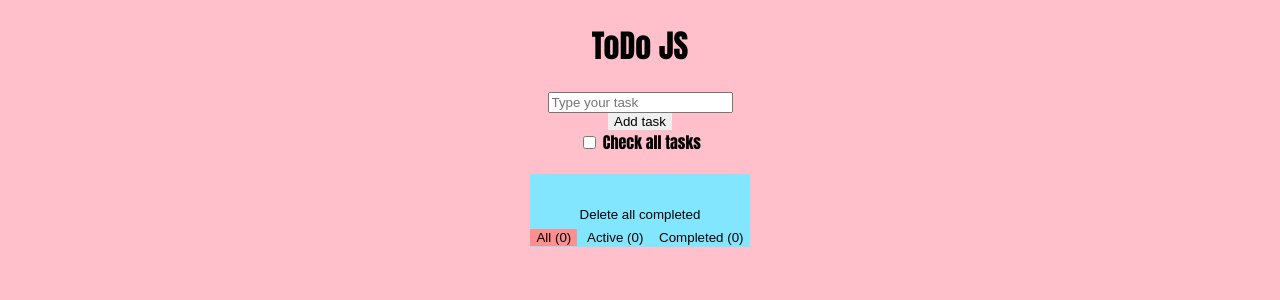
Repository: mklyagin/klyagin_todojs
Page: index.html
An editor plug-in stored every save of this project. The page is shown before and after the next save, followed by the edit.
The browser window is 1280 px wide. The pictures show the whole page.

Above is the page before, as saved 2024-02-27 17:38:55.

After the next save:
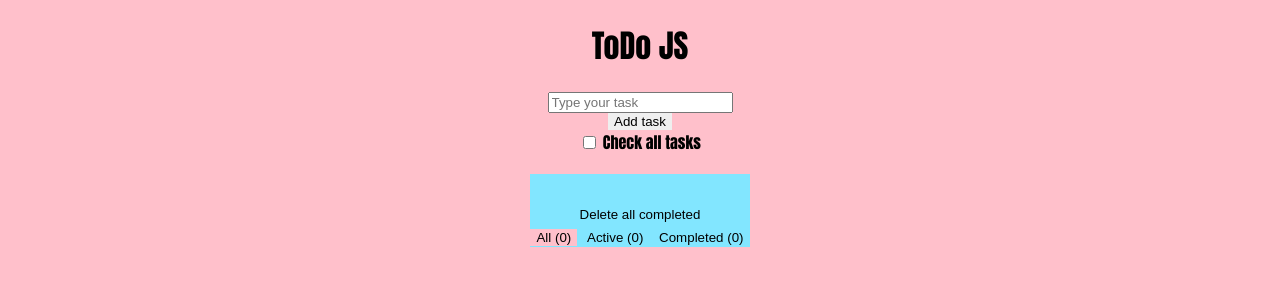
Saved 25 s later.
--- a/style.css
+++ b/style.css
@@ -48,7 +48,7 @@ li {
 }
 
 .active {
-  background-color: rgb(255, 142, 142);
+  background-color: pink;
 }
 
 .page-number {
